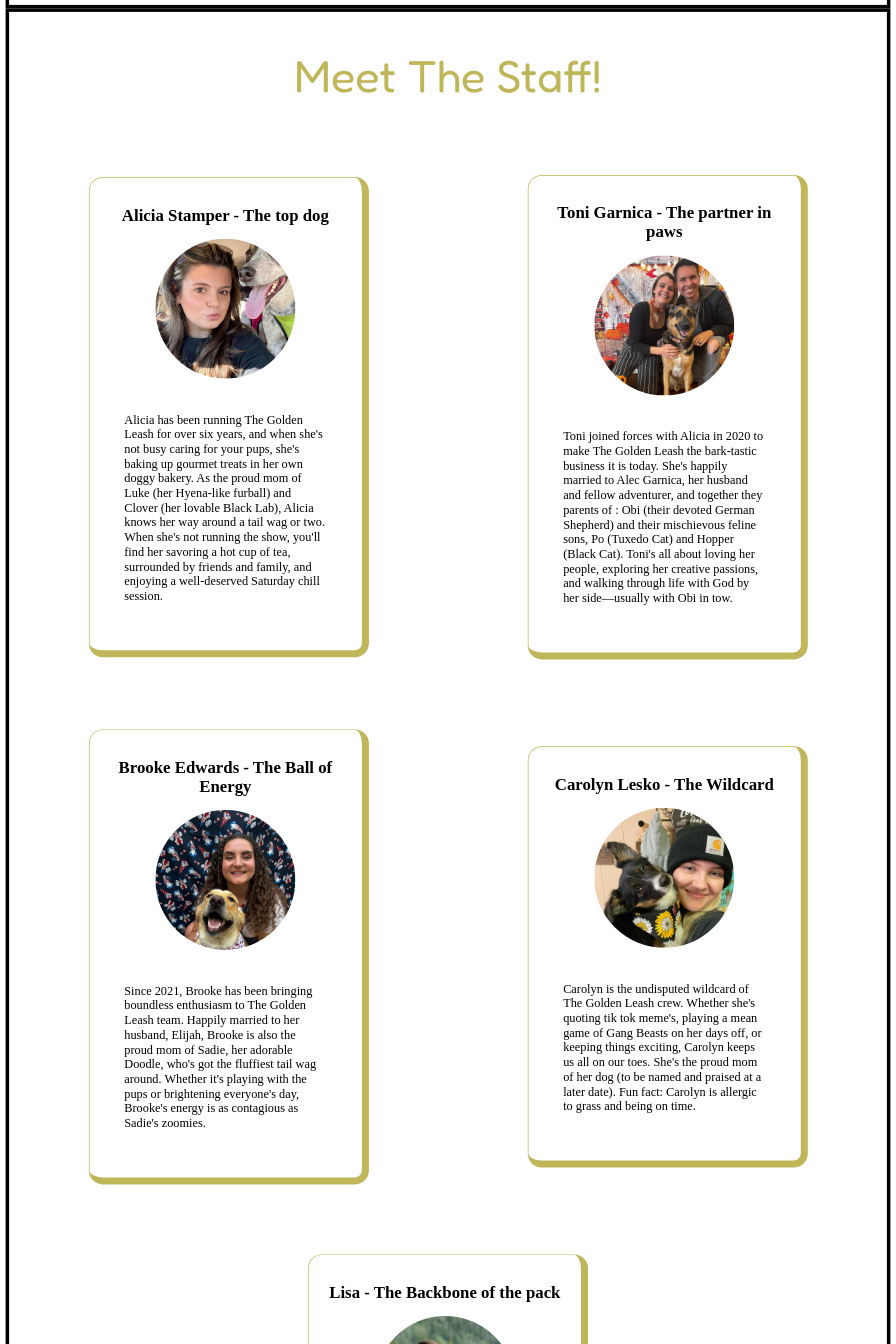
Repository: Aworminator/Thegoldenleash
Page: index.html
The author's editor kept a copy of each file at every save. The page is drawn from the files as they stood at one save, then again after the next save.
The browser window is 1280 px wide. The pictures show the part of the page from y = 1890 to 3810 px (the page is 5005 px tall before and 3157 px after), at 70% of full size.

Above is the page before, as saved 2025-07-15 20:34:43.

### index.html
<!DOCTYPE html>
<html lang="en">
  <head>
    <meta charset="UTF-8" />
    <meta name="viewport" content="width=device-width, initial-scale=1.0" />
    <title>The Golden Leash</title>
    <link
      rel="stylesheet"
      href="https://cdnjs.cloudflare.com/ajax/libs/font-awesome/6.5.0/css/all.min.css"
      integrity="sha512-..."
      crossorigin="anonymous"
      referrerpolicy="no-referrer"
    />
    <link rel="stylesheet" href="style.css" />
    <link rel="preconnect" href="https://fonts.googleapis.com" />
    <link rel="preconnect" href="https://fonts.gstatic.com" crossorigin />
    <link
      href="https://fonts.googleapis.com/css2?family=Fredoka:wght@300..700&display=swap"
      rel="stylesheet"
    />

    <!-- Everything is great. Look up ideas on how to make everything else translate
    with media query. The logo is fixed, however, other things get messed up after
    the resolution hits a certain point. Figure out how to fix that next. -->
  </head>
  <body>
    <section class="home-page">
      <div class="image-container">
        <div>
          <img src="./Images/GoldenLeashLogo No Nose.png" class="logo" />
        </div>

        <ul class="list">
          <li id="story" class="list-item">Our Story</li>
          <li id="services" class="list-item">Services</li>
          <li id="contact" class="list-item">Contact Us</li>
        </ul>
      </div>
    </section>

    <section class="our-story">
      <h1>Our Story</h1>
      <p class="story-info info">
        Lorem ipsum odor amet, consectetuer adipiscing elit. Aenean quis
        bibendum condimentum mauris primis integer sollicitudin porttitor.
        Blandit condimentum aptent condimentum orci rhoncus pellentesque euismod
        a. Varius imperdiet fermentum aptent mollis sem eu. Mattis ante pharetra
        quisque nam odio nascetur per. Vitae pellentesque massa facilisi
        maecenas ligula felis. Tristique pulvinar iaculis inceptos lectus elit
        fusce. <br /><br />
        Nisl erat purus sem imperdiet varius erat taciti cursus. Leo ante lectus
        potenti lacus viverra senectus commodo fringilla. Imperdiet est
        parturient ornare imperdiet tempor vulputate. Parturient porttitor
        quisque platea turpis vel porta. Torquent feugiat curabitur posuere
        hendrerit ipsum eros vel erat. Aenean netus proin arcu taciti nec
        efficitur ullamcorper.
      </p>
    </section>

    <section class="services">
      <h1>Services</h1>
      <div class="icon-container">
        <i class="fa-solid fa-house icon" id="boarding"></i>
        <i class="fa-solid fa-dog icon" id="daycare"></i>
        <i class="fa-solid fa-paw icon" id="walks"></i>
        <i class="fa-solid fa-bath icon" id="grooming"></i>
      </div>
      <h1>Click for Info</h1>
      <p class="service-info info" id="boarding">
        At The Golden Leash, we bring personalized care directly to you! Our
        team will stop by to check on your dog and take them for a walk tailored
        to their needs. Each walk typically lasts around 45 minutes, giving your
        pup plenty of exercise and attention. <br /><br />
        Your dog's safety and well-being are our top priorities. That’s why we
        monitor the weather closely, ensuring your furry friend isn’t exposed to
        unsafe conditions. We avoid walks in temperatures below 28°F, and during
        extreme heat, we’ll adjust walk times to protect your dog’s paws from
        hot sidewalks. Because your dog deserves the very best care—rain, shine,
        or snow!
      </p>
      <p class="service-info info" id="daycare">
        This will be the information for daycare
      </p>
      <p class="service-info info" id="walks">
        This will be the information for walks
      </p>
      <p class="service-info info" id="grooming">
        This will be the information for grooming
      </p>
    </section>

    <section class="staff">
      <h1>Meet The Staff!</h1>
      <div id="staff-cards"></div>
    </section>

    <section class="contact">
      <h1>Contact Us</h1>
      <form class="contact-form">
        <div class="form-group">
          <label for="name">Name</label>
          <input type="text" id="name" name="name" required />
        </div>
        <div class="form-group">
          <label for="email">Email</label>
          <input type="email" id="email" name="email" required />
        </div>
        <div class="form-group">
          <label for="message">Message</label>
          <textarea id="message" name="message" rows="5" required></textarea>
        </div>
        <button type="submit" class="contact-btn">Send Message</button>
      </form>
    </section>
    <script src="script.js"></script>
  </body>
</html>

### style.css
h1 {
  font-family: "Fredoka", serif;
  font-optical-sizing: auto;
  font-weight: 400; /* Replace <weight> with a valid value */
  font-style: normal;
  color: #bfb65a;
  font-variation-settings: "wdth" 100;
  text-align: center;
  font-size: 4em;
}

h2 {
  text-align: center;
}

.image-container {
  display: flex;
  flex-direction: row;
  justify-content: space-around;
}

.home-page {
  border: black solid 5px;
  min-height: 50vh;
}

.services,
.staff,
.contact,
.our-story {
  border: black solid 5px;
  min-height: 600px;
}

.logo {
  width: 100%;
  max-width: 600px; /* or whatever the largest size you want */
  height: auto;
  display: block;
}

.list {
  font-size: 3em;
  padding: 50px;
}

li {
  font-family: "Fredoka", serif;
  font-optical-sizing: auto;
  font-weight: 400; /* Replace <weight> with a valid value */
  font-style: normal;
  color: #bfb65a;
  font-variation-settings: "wdth" 100;
  font-size: 1.3em;
  margin-bottom: 80px;
  text-shadow: 3px 3px 0px rgba(191, 183, 90, 0.336),
    0 0 16px rgba(191, 182, 90, 0.25);
}

.icon-container {
  display: flex;
  justify-content: center;
}

.icon {
  background-color: #bfb65a;
  width: 100px;
  aspect-ratio: 1 / 1;
  border-radius: 50%;
  display: flex;
  justify-content: center;
  align-items: center;
  font-size: 2em;
  margin: 30px;
}

.icon:hover,
.list-item:hover {
  transform: scale(1.1);
  transition: transform 0.2s;
}

.icon:active,
.list-item:active {
  transform: scale(0.9);
  transition: transform 0.2s;
}

.service-info,
.story-info {
  text-align: center;
  font-size: 1.5rem;
  margin: 100px;
}

.service-info {
  display: none;
  background-color: rgb(182, 182, 182);
  border-radius: 10px;
  padding: 5px;
  animation: slide-fwd-tr 1.3s cubic-bezier(0.25, 0.46, 0.45, 0.94) both;
}

.card {
  width: 100%;
  max-width: 400px;
  border: none;
  border-bottom: 10px solid #bfb65a;
  border-right: 10px solid #bfb65a;
  border-top: 1px solid #bfb65a;
  border-left: 1px solid #bfb65a;
  border-radius: 20px;
  display: flex;
  flex-direction: column;
  justify-content: flex-start;
  align-items: center;
  margin: 50px;
  padding: 20px;
  box-sizing: border-box;
  overflow-wrap: break-word;
  word-wrap: break-word;
}

.profile-pic {
  height: 200px;
  border-radius: 50%;
  object-fit: cover;
  object-position: top;
  width: 200px;
}

.profile-pic:hover {
  transform: scale(1.15);
  transition: transform 0.2s;
}

#staff-cards {
  display: flex;
  flex-direction: row;
  flex-wrap: wrap;
  align-items: center;
  justify-content: space-around;
}

.staff-info {
  padding: 30px;
  font-size: 1.1em;
}

@keyframes slide-fwd-tr {
  0% {
    opacity: 0%;
    transform: translateZ(180px) translateY(120px) translateX(-120px);
  }
  100% {
    opacity: 100%;
    transform: translateZ(0px) translateY(0px) translateX(0px);
  }
}

@media (max-width: 900px) {
  .image-container {
    flex-direction: column;
    align-items: center;
  }

  .info {
    font-size: 0.8em;
    width: 50%;
    /* figure out a way to make this wider */
  }

  .icon {
    font-size: 1.4em;
    margin: 15px;
  }

  .staff-info {
    font-size: 1.2em;
    overflow: visible;
    padding: 10px;
  }

  .card {
    margin: 20px;
    padding: 20px;
  }

  h1 {
    font-size: 2.5em;
  }

  li {
    font-size: 1em;
  }

  h2 {
    font-size: 1.2em;
    padding: 5px;
  }
}

@media (max-width: 600px) {
  .contact-form {
    padding: 18px 8px 14px 8px;
    max-width: 95vw;
  }
}

/* Contact Form Styles */
.contact-form {
  max-width: 500px;
  margin: 40px auto 0 auto;
  border-radius: 16px;
  box-shadow: 0 4px 24px rgba(191, 182, 90, 0.15);
  padding: 32px 28px 24px 28px;
  display: flex;
  flex-direction: column;
  gap: 18px;
}
.form-group {
  display: flex;
  flex-direction: column;
  gap: 6px;
}
.contact-form label {
  font-size: 1.1em;
  color: black;
  font-weight: 600;
  margin-bottom: 2px;
}
.contact-form input,
.contact-form textarea {
  padding: 10px 12px;
  border: 1.5px solid black;
  border-radius: 8px;
  font-size: 1em;
  font-family: inherit;
  transition: border 0.2s;
}
.contact-form input:focus,
.contact-form textarea:focus {
  outline: none;
  border: 2px solid black;
}
.contact-btn {
  background: #bfb65a;
  color: #fff;
  border: none;
  border-radius: 8px;
  padding: 12px 0;
  font-size: 1.1em;
  font-weight: 700;
  cursor: pointer;
  margin-top: 10px;
  box-shadow: 0 2px 8px rgba(191, 182, 90, 0.12);
  transition: background 0.2s, transform 0.2s;
}
.contact-btn:hover {
  background: #a49e4a;
  transform: translateY(-2px) scale(1.03);
}

### script.js
const staffMembers = [
  {
    name: "Alicia Stamper",
    title: "The top dog",
    image: "./Images/Staff Pictures/Alicia TGL Picture.jpg",
    info: "Alicia has been running The Golden Leash for over six years, and when she's not busy caring for your pups, she's baking up gourmet treats in her own doggy bakery. As the proud mom of Luke (her Hyena-like furball) and Clover (her lovable Black Lab), Alicia knows her way around a tail wag or two. When she's not running the show, you'll find her savoring a hot cup of tea, surrounded by friends and family, and enjoying a well-deserved Saturday chill session.",
  },
  {
    name: "Toni Garnica",
    title: "The partner in paws",
    image: "./Images/Staff Pictures/Toni TGL Picture.jpg",
    info: "Toni joined forces with Alicia in 2020 to make The Golden Leash the bark-tastic business it is today. She's happily married to Alec Garnica, her husband and fellow adventurer, and together they parents of : Obi (their devoted German Shepherd) and their mischievous feline sons, Po (Tuxedo Cat) and Hopper (Black Cat). Toni's all about loving her people, exploring her creative passions, and walking through life with God by her side—usually with Obi in tow.",
  },
  {
    name: "Brooke Edwards",
    title: "The Ball of Energy",
    image: "./Images/Staff Pictures/Brooke TGL Picture.jpg",
    info: "Since 2021, Brooke has been bringing boundless enthusiasm to The Golden Leash team. Happily married to her husband, Elijah, Brooke is also the proud mom of Sadie, her adorable Doodle, who's got the fluffiest tail wag around. Whether it's playing with the pups or brightening everyone's day, Brooke's energy is as contagious as Sadie's zoomies.",
  },
  {
    name: "Carolyn Lesko",
    title: "The Wildcard",
    image: "./Images/Staff Pictures/Carolyn TGL Picture.jpg",
    info: "Carolyn is the undisputed wildcard of The Golden Leash crew. Whether she's quoting tik tok meme's, playing a mean game of Gang Beasts on her days off, or keeping things exciting, Carolyn keeps us all on our toes. She's the proud mom of her dog (to be named and praised at a later date). Fun fact: Carolyn is allergic to grass and being on time.",
  },
  {
    name: "Lisa",
    title: "The Backbone of the pack",
    image: "./Images/Staff Pictures/Lisa and rip Van Winkle.png",
    info: "Lisa is the kind of hard worker who makes everything run like clockwork at The Golden Leash. With her unmatched dedication and a can-do attitude, she's the go-to person for getting things done. Whether it's caring for pups, organizing schedules, or simply being awesome, Lisa brings a level of expertise and warmth that every team dreams of having. We're lucky to have her!",
  },
];

const story = document.querySelector("#story");
const services = document.querySelector("#services");
const contact = document.querySelector("#contact");
const house = document.querySelector(".fa-house");
const dog = document.querySelector(".fa-dog");
const paw = document.querySelector(".fa-paw");
const bath = document.querySelector(".fa-bath");
const serviceInfo = document.querySelector(".service-info");
const boarding = document.querySelector("#boarding");
const grooming = document.querySelector("#grooming");
const walks = document.querySelector("#walks");
const daycare = document.querySelector("#daycare");
const service = document.querySelector(".services");
const staffCards = document.querySelector("#staff-cards");
const iconContainer = document.querySelectorAll(".icon-container i");

let allSections = document.querySelectorAll(".service-info");

document.querySelectorAll(".list").forEach((list) => {
  console.log(list);
});

iconContainer.forEach((icon) => {
  icon.addEventListener("click", () => {
    const sectionId = icon.id;

    allSections.forEach((section) => {
      section.style.display = section.id === sectionId ? "block" : "none";
    });
    const targetSection = document.getElementById(sectionId);
    if (targetSection) targetSection.scrollIntoView({ behavior: "smooth" });
  });
});

// Figure out a way to simplify this as much as possible.

staffMembers.forEach((person) => {
  const newCard = document.createElement("div");
  newCard.classList.add("card");
  newCard.innerHTML = `<h2>${person.name} - ${person.title}</h2>
          <img
            src="${person.image}"
            alt="${person.name} Profile-Pic"
            class="profile-pic"
          />
          <p class="staff-info info">
            ${person.info}
          </p>`;
  staffCards.appendChild(newCard);
});

After the next save:
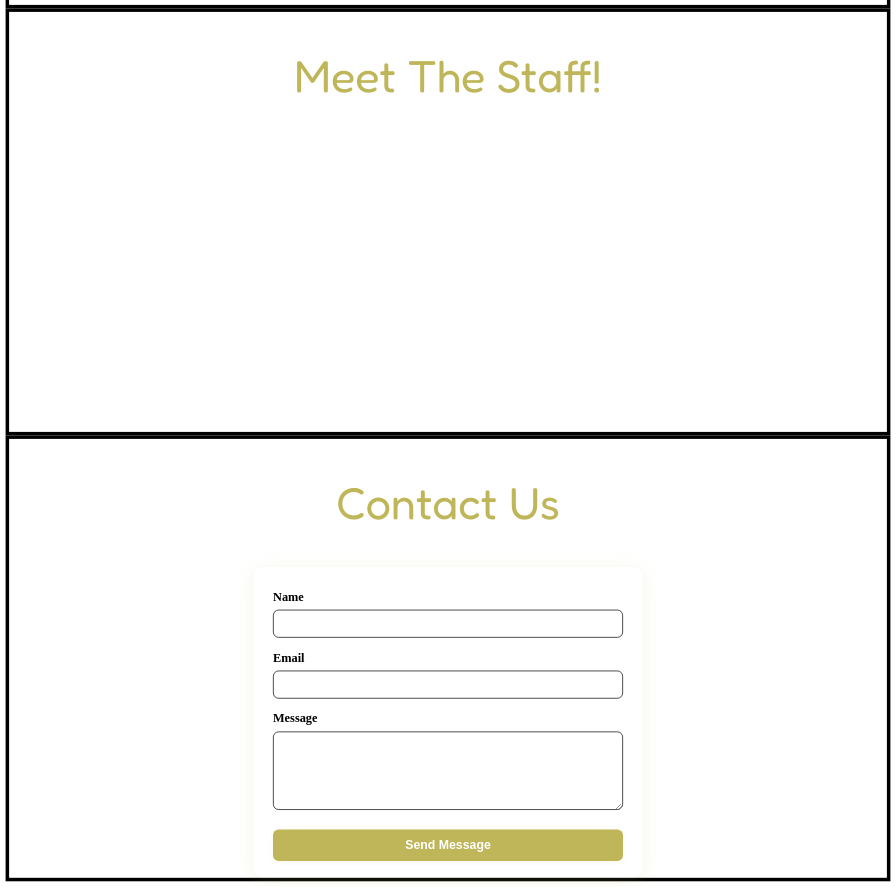
Console error: TypeError: li.forEach is not a function
Saved 99 s later.
--- a/script.js
+++ b/script.js
@@ -49,8 +49,12 @@
 
 let allSections = document.querySelectorAll(".service-info");
 
-document.querySelectorAll(".list").forEach((list) => {
-  console.log(list);
+document.querySelectorAll(".list").forEach((li) => {
+  li.forEach((list) => {
+    list.addEventListener("click", () => {
+      console.log("I've Been clicked");
+    });
+  });
 });
 
 iconContainer.forEach((icon) => {

After the save that followed:
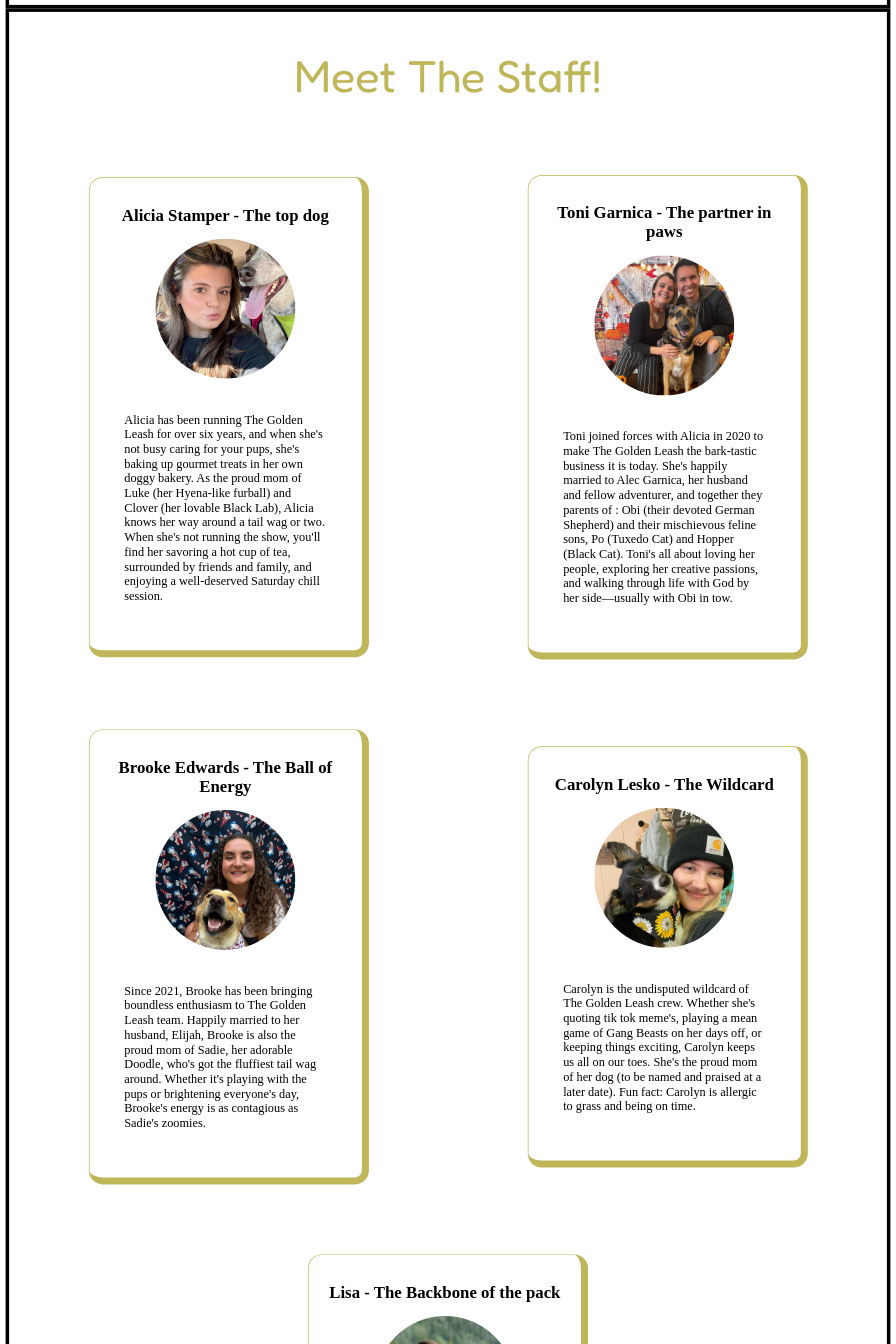
The error is gone.
Saved 2 min 29 s later.
--- a/script.js
+++ b/script.js
@@ -49,11 +49,9 @@
 
 let allSections = document.querySelectorAll(".service-info");
 
-document.querySelectorAll(".list").forEach((li) => {
-  li.forEach((list) => {
-    list.addEventListener("click", () => {
-      console.log("I've Been clicked");
-    });
+document.querySelectorAll(".list").forEach((list) => {
+  list.addEventListener("click", () => {
+    console.log("I've Been Clicked");
   });
 });
 
